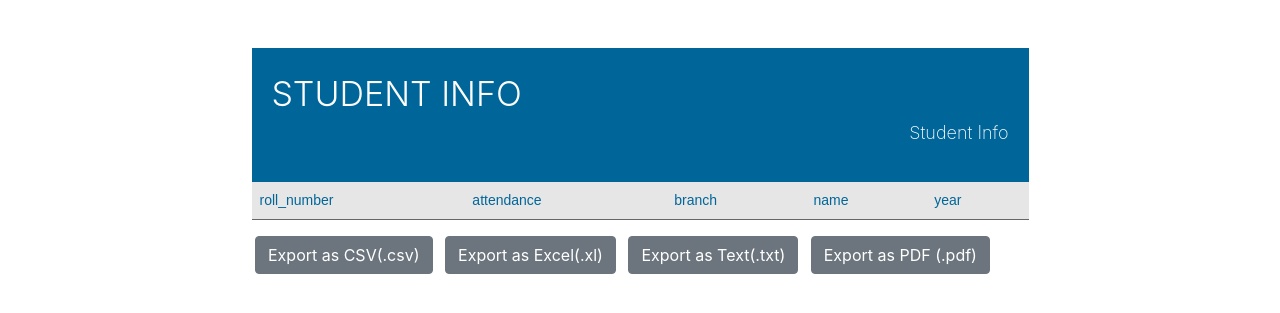
Repository: supranshu/CrystalReportGenerator
Page: http://localhost/produce_report
The author's editor kept a copy of each file at every save. The page is drawn from the files as they stood at one save, then again after the next save.
The browser window is 1280 px wide. The pictures show the whole page.
The page is this project's Thymeleaf template; nobody is signed in. The template is opened directly, without the code that normally fills it, so the values that code supplies are empty.

Above is the page before, as saved 2023-08-07 13:12:49.

After the next save:
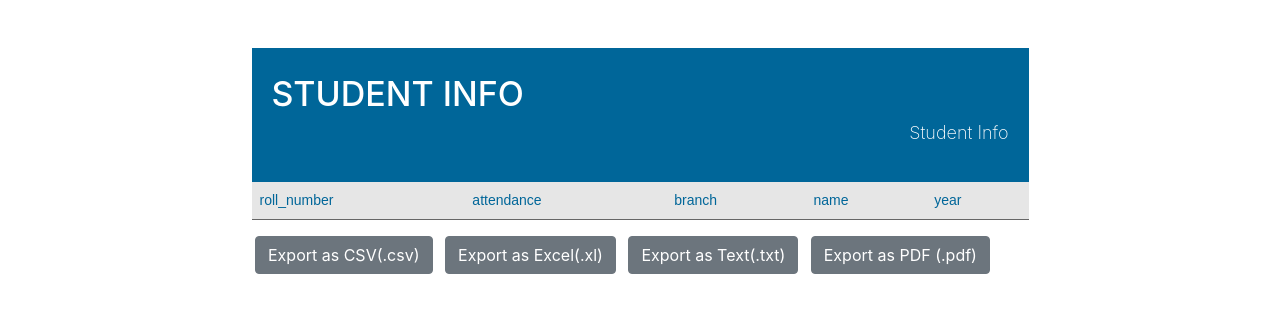
Saved 40 s later.
--- a/com.report/src/main/resources/templates/produce_report.html
+++ b/com.report/src/main/resources/templates/produce_report.html
@@ -40,7 +40,7 @@
             color: #FFFFFF;
             text-align: left;
             font-size: 34px;
-            font-weight: 300;
+            font-weight: 500;
             padding: 20px;
             width: 70%;
 	        margin: 0 auto;
